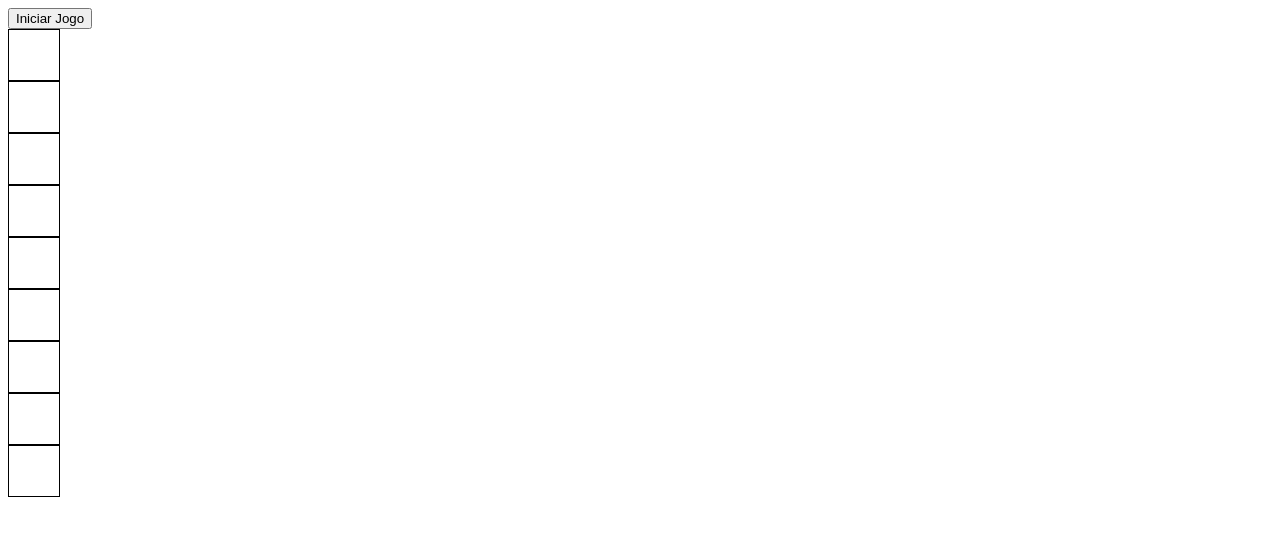
Repository: ErickBalbino/jogo-da-velha
Page: index.html
These files come from the project's save history. The page is drawn as it stood at one moment and after the next save; the edit follows.
The browser window is 1280 px wide. The pictures show the whole page.

Above is the page before, as saved 2021-08-02 14:04:02.

### index.html
<!DOCTYPE html>
<html lang="pt-br">
<head>
    <meta charset="UTF-8">
    <meta http-equiv="X-UA-Compatible" content="IE=edge">
    <meta name="viewport" content="width=device-width, initial-scale=1.0">
    <title>Jogo da velha</title>
    <style>
        .posJogo{
            width: 50px;
            height: 50px;
            margin: 0;
            padding: 0;
            border: 1px solid #000;
        }
    </style>
</head>
<body>
    <div id="dvMenu">
        <div id="dvStartGame"></div>
        <button onclick="startGame()">Iniciar Jogo</button>
    </div>
    <div id="dvJogo">
        <div id="p1" class="posJogo" onclick=""></div>
        <div id="p2" class="posJogo" onclick=""></div>
        <div id="p3" class="posJogo" onclick=""></div>
        <div id="p4" class="posJogo" onclick=""></div>
        <div id="p5" class="posJogo" onclick=""></div>
        <div id="p6" class="posJogo" onclick=""></div>
        <div id="p7" class="posJogo" onclick=""></div>
        <div id="p8" class="posJogo" onclick=""></div>
        <div id="p9" class="posJogo" onclick=""></div>
    </div>
</body>
</html>

After the next save:
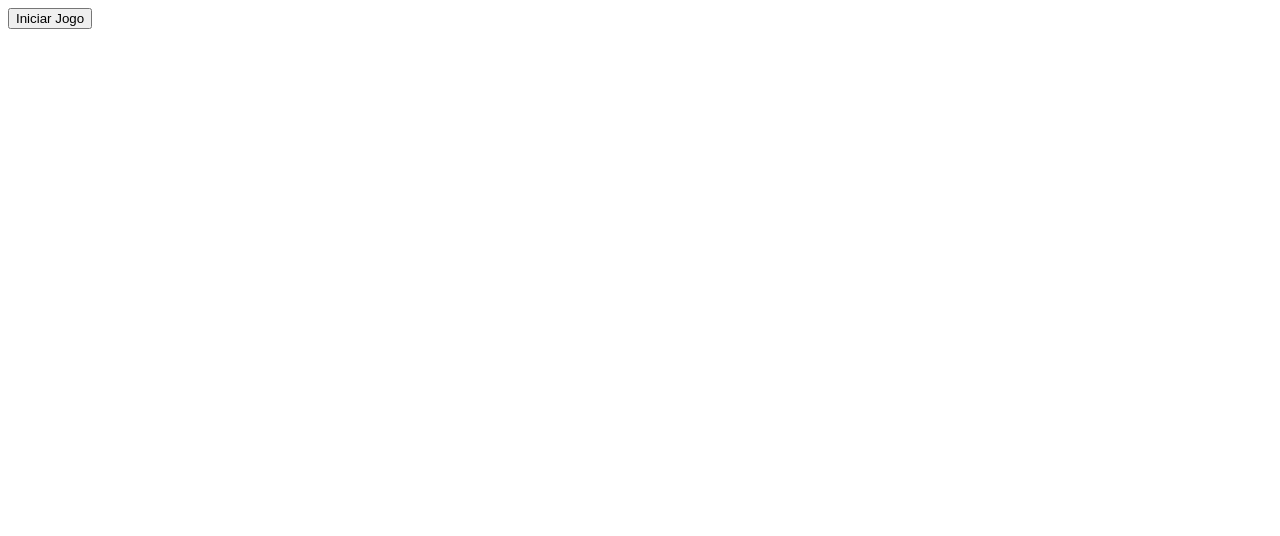
Saved 15 s later.
--- a/index.html
+++ b/index.html
@@ -6,6 +6,7 @@
     <meta name="viewport" content="width=device-width, initial-scale=1.0">
     <title>Jogo da velha</title>
     <style>
+        #dv
         .posJogo{
             width: 50px;
             height: 50px;

After the save that followed:
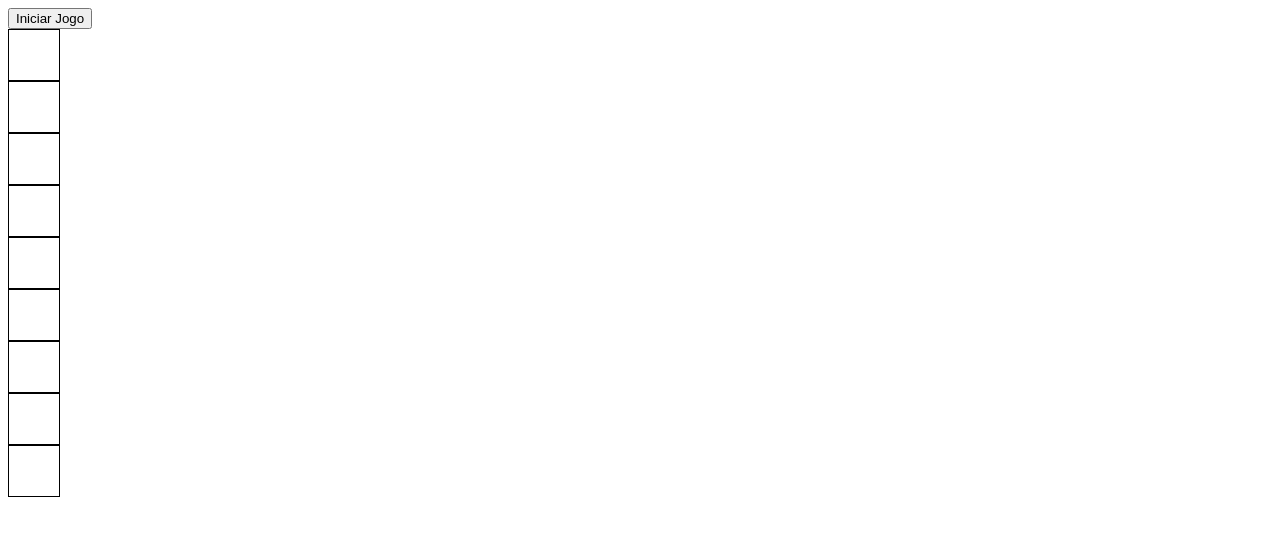
Saved 4 s later.
--- a/index.html
+++ b/index.html
@@ -6,7 +6,9 @@
     <meta name="viewport" content="width=device-width, initial-scale=1.0">
     <title>Jogo da velha</title>
     <style>
-        #dv
+        #dvJogo{
+            width: ;
+        }
         .posJogo{
             width: 50px;
             height: 50px;
